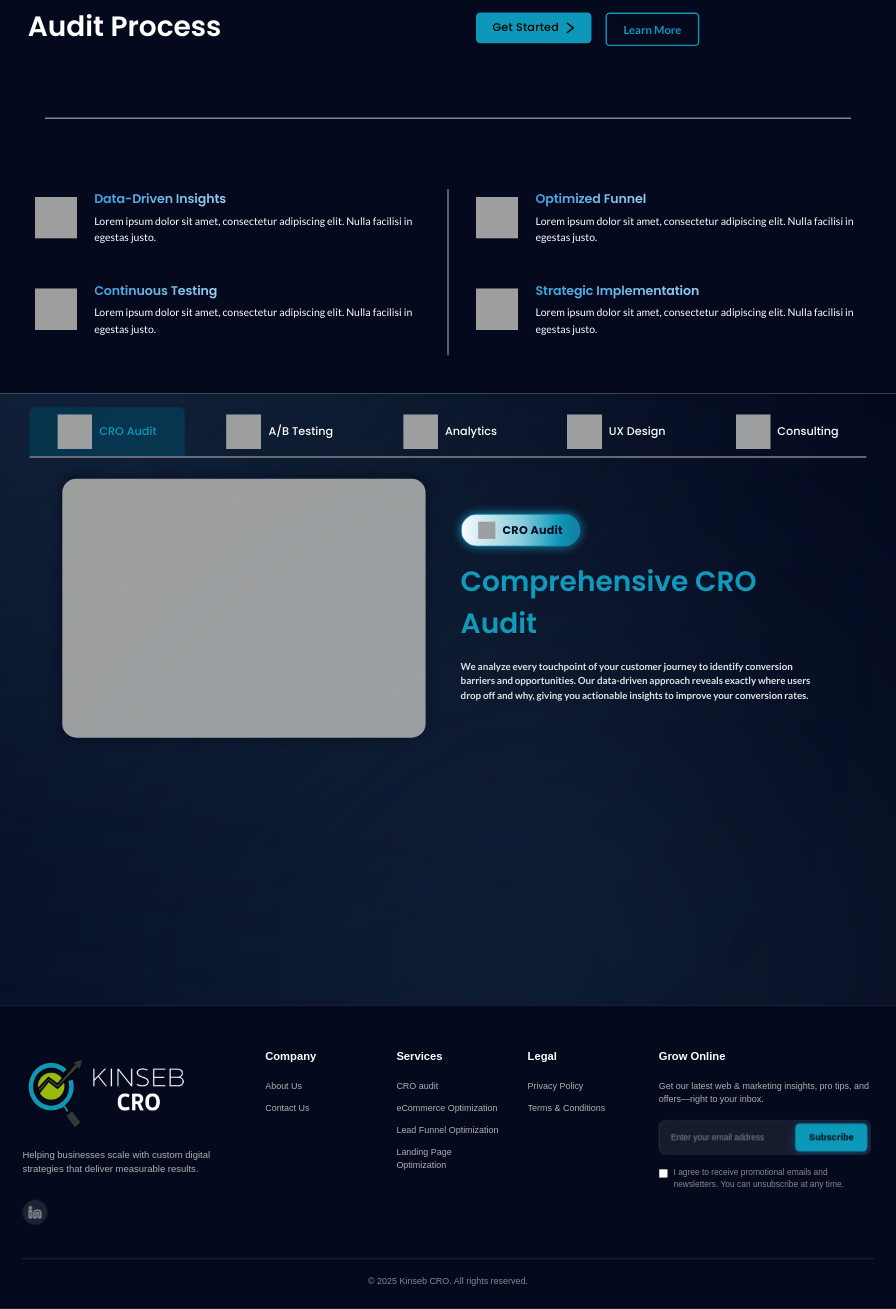
Repository: YahyaK01/kinseb
Page: /services
These files come from the project's save history. The page is drawn as it stood at one moment and after the next save; the edit follows.
The browser window is 1280 px wide. The pictures show the part of the page from y = 1837 to 3757 px (the page is 3707 px tall before and 3757 px after), at 70% of full size.
Pictures or frames that could not be fetched are drawn as grey boxes. The project was rebuilt for these pictures with package versions that can differ from the ones it lists, and the page was loaded fresh each time. Also part of the build but not shown: src/components/FAQ.js, src/components/CTA.jsx, src/components/MetricsSection.jsx, src/components/WhyCROMatter.jsx, src/components/Processsection.jsx, src/components/Hero.jsx, src/components/CEO.jsx, src/components/Testimonia.jsx and 14 more.

Above is the page before, as saved 2025-12-05 18:19:37.

### public/index.html
<!DOCTYPE html>
<html lang="en">
  <head>
    <meta charset="utf-8" />
    <link rel="icon" href="/images/website-logo.png" />
    <meta name="viewport" content="width=device-width, initial-scale=1" />
    <meta name="theme-color" content="#000000" />
    <meta
      name="description"
      content="Kinseb CRO - Your trusted partner for Conversion Rate Optimization. We specialize in data-driven CRO strategies, A/B testing, user experience optimization, and conversion funnel analysis to maximize your website's performance and ROI."
    />
    <meta name="keywords" content="conversion rate optimization, CRO services, A/B testing, conversion funnel optimization, user experience optimization, website optimization, Kinseb CRO, landing page optimization, conversion strategy, increase conversions" />
    <meta name="author" content="Kinseb CRO" />
    <meta property="og:title" content="Kinseb CRO - Conversion Rate Optimization Experts" />
    <meta property="og:description" content="Your trusted partner for data-driven Conversion Rate Optimization. We help businesses maximize their website conversions through strategic testing and optimization." />
    <meta property="og:image" content="/images/website-logo.png" />
    <meta property="og:type" content="website" />
    <meta name="twitter:card" content="summary_large_image" />
    <meta name="twitter:title" content="Kinseb CRO - Conversion Rate Optimization Experts" />
    <meta name="twitter:description" content="Your trusted partner for data-driven Conversion Rate Optimization. Turn more visitors into customers with strategic testing and optimization." />
    <meta name="twitter:image" content="/images/logo.png" />
    <link rel="apple-touch-icon" href="/images/logo.png" />

    <!-- Preconnect to Google Fonts (speeds up font loading) -->
    <link rel="preconnect" href="https://fonts.googleapis.com">
    <link rel="preconnect" href="https://fonts.gstatic.com" crossorigin>

    <!-- Async load fonts (non-blocking - won't delay page render) -->
    <link rel="preload" as="style" href="https://fonts.googleapis.com/css2?family=Poppins:wght@300;400;500;600;700&display=swap" onload="this.onload=null;this.rel='stylesheet'">
    <link rel="preload" as="style" href="https://fonts.googleapis.com/css2?family=Lato:wght@100;300;400;700;900&display=swap" onload="this.onload=null;this.rel='stylesheet'">

    <!-- Fallback for browsers without JavaScript -->
    <noscript>
      <link rel="stylesheet" href="https://fonts.googleapis.com/css2?family=Poppins:wght@300;400;500;600;700&display=swap">
      <link rel="stylesheet" href="https://fonts.googleapis.com/css2?family=Lato:wght@100;300;400;700;900&display=swap">
    </noscript>

    <!--
      manifest.json provides metadata used when your web app is installed on a
      user's mobile device or desktop. See https://developers.google.com/web/fundamentals/web-app-manifest/
    -->
    <link rel="manifest" href="%PUBLIC_URL%/manifest.json" />
    <!--
      Notice the use of %PUBLIC_URL% in the tags above.
      It will be replaced with the URL of the `public` folder during the build.
      Only files inside the `public` folder can be referenced from the HTML.

      Unlike "/favicon.ico" or "favicon.ico", "%PUBLIC_URL%/favicon.ico" will
      work correctly both with client-side routing and a non-root public URL.
      Learn how to configure a non-root public URL by running `npm run build`.
    -->
    <title>Kinseb CRO - Conversion Rate Optimization Experts</title>
  </head>
  <body>
    <noscript>You need to enable JavaScript to run this app.</noscript>
    <div id="root"></div>
    <!--
      This HTML file is a template.
      If you open it directly in the browser, you will see an empty page.

      You can add webfonts, meta tags, or analytics to this file.
      The build step will place the bundled scripts into the <body> tag.

      To begin the development, run `npm start` or `yarn start`.
      To create a production bundle, use `npm run build` or `yarn build`.
    -->
  </body>
</html>

### src/components/marquee.jsx
import React, { useEffect, useState } from 'react';

const TrustedBrands = () => {
  const [windowWidth, setWindowWidth] = useState(window.innerWidth);
  const [isPaused, setIsPaused] = useState(false);

  useEffect(() => {
    const handleResize = () => setWindowWidth(window.innerWidth);
    window.addEventListener('resize', handleResize);
    return () => window.removeEventListener('resize', handleResize);
  }, []);

  const brands = [
    { name: 'Brand 1', logo: '/images/8.png' },
    { name: 'Brand 2', logo: '/images/9.png' },
    { name: 'Brand 3', logo: '/images/10.png' },
    { name: 'Brand 4', logo: '/images/11.png' },
    { name: 'Brand 5', logo: '/images/12.png' },
  ];

  // Duplicate brands for seamless loop
  const duplicatedBrands = [...brands, ...brands, ...brands];

  const containerStyle = {
    display: 'flex',
    flexDirection: 'column',
    justifyContent: 'center',
    alignItems: 'center',
    padding: windowWidth < 768 ? '40px 0' : '50px 0',
    width: '100%',
    minHeight: windowWidth < 768 ? 'auto' : '228px',
    background: '#04091D',
    overflow: 'hidden',
    boxSizing: 'border-box',
  };

  const innerContainerStyle = {
    display: 'flex',
    flexDirection: 'column',
    alignItems: 'center',
    gap: windowWidth < 768 ? '24px' : '32px',
    width: '100%',
    maxWidth: '100%',
    overflow: 'hidden',
  };

  const titleStyle = {
    fontFamily: "'Lato', -apple-system, BlinkMacSystemFont, 'Segoe UI', sans-serif",
    fontWeight: 600,
    fontSize: windowWidth < 480 ? '16px' : '18px',
    lineHeight: '24px',
    textAlign: 'center',
    color: '#FDFFFA',
    margin: 0,
    padding: '0 16px',
  };

  const marqueeContainerStyle = {
    width: '100%',
    overflow: 'hidden',
    position: 'relative',
    maskImage: 'linear-gradient(to right, transparent, black 10%, black 90%, transparent)',
    WebkitMaskImage: 'linear-gradient(to right, transparent, black 10%, black 90%, transparent)',
  };

  const marqueeStyle = {
    display: 'flex',
    flexDirection: 'row',
    alignItems: 'center',
    gap: windowWidth < 480 ? '20px' : '40px',
    animation: isPaused ? 'none' : 'marquee 30s linear infinite',
    width: 'max-content',
    willChange: 'transform',
  };

  const cardStyle = {
    display: 'flex',
    flexDirection: 'row',
    justifyContent: 'center',
    alignItems: 'center',
    padding: windowWidth < 480 ? '12px 20px' : '16px 30px',
    minWidth: windowWidth < 480 ? '140px' : '180px',
    height: windowWidth < 480 ? '60px' : '72px',
    background: 'transparent',
    flexShrink: 0,
    cursor: 'pointer',
    transition: 'transform 0.3s ease',
  };

  const logoStyle = {
    width: windowWidth < 480 ? '80px' : windowWidth < 768 ? '100px' : '120px',
    height: 'auto',
    maxHeight: windowWidth < 480 ? '50px' : '60px',
    objectFit: 'contain',
    transition: 'transform 0.3s ease',
  };

  const keyframesStyle = `
    @keyframes marquee {
      0% {
        transform: translateX(0);
      }
      100% {
        transform: translateX(-33.333%);
      }
    }
  `;

  return (
    <>
      <style>{keyframesStyle}</style>
      <div style={containerStyle}>
        <div style={innerContainerStyle}>
          <h2 style={titleStyle}>Trusted by Leading Brands</h2>

          <div style={marqueeContainerStyle}>
            <div style={marqueeStyle}>
              {duplicatedBrands.map((brand, index) => (
                <div
                  key={index}
                  style={cardStyle}
                  onMouseEnter={() => setIsPaused(true)}
                  onMouseLeave={() => setIsPaused(false)}
                >
                  <img
                    src={brand.logo}
                    alt={brand.name}
                    style={logoStyle}
                  />
                </div>
              ))}
            </div>
          </div>
        </div>
      </div>
    </>
  );
};

export default TrustedBrands;

### src/components/ServiceTabSection.jsx
import React, { useEffect, useRef, useState } from 'react';

const ServiceTabSection = () => {
  const [isVisible, setIsVisible] = useState(false);
  const [activeTab, setActiveTab] = useState(0);
  const sectionRef = useRef(null);
  const contentAreaRef = useRef(null);

  useEffect(() => {
    const observer = new IntersectionObserver(
      ([entry]) => {
        if (entry.isIntersecting && !isVisible) {
          setIsVisible(true);

          setTimeout(() => {
            if (contentAreaRef.current) {
              contentAreaRef.current.scrollIntoView({
                behavior: 'smooth',
                block: 'start',
                inline: 'nearest'
              });
            }
          }, 100);
        }
      },
      {
        threshold: 0.1,
        rootMargin: '0px'
      }
    );

    if (sectionRef.current) {
      observer.observe(sectionRef.current);
    }

    return () => {
      if (sectionRef.current) {
        observer.unobserve(sectionRef.current);
      }
    };
  }, [isVisible]);

  // Wrapper Style
  const wrapperStyle = {
    width: '100%',
    background: '#04091D',
    position: 'relative',
    overflow: 'hidden',
  };

  // Main Container Style
  const containerStyle = {
    display: 'flex',
    flexDirection: 'column',
    justifyContent: 'center',
    alignItems: 'center',
    padding: '100px 0px',
    gap: '60px', // Reduced from 100px to 60px
    maxWidth: '1440px',
    margin: '0 auto',
    width: '100%',
    position: 'relative',
    isolation: 'isolate',
  };

  // Decorative Blur Ellipses - Updated positions
  const ellipse1Style = {
    position: 'absolute',
    width: '486px',
    height: '486px',
    left: '-213px',
    top: '-187px',
    background: 'linear-gradient(263.69deg, #FFFFFF -108.11%, #3AA1DE 98.19%)',
    filter: 'blur(400px)',
    pointerEvents: 'none',
    zIndex: 0,
  };

  const ellipse2Style = {
    position: 'absolute',
    width: '280px',
    height: '280px',
    left: '-151px',
    top: '1739px',
    background: 'linear-gradient(263.69deg, #FFFFFF -108.11%, #3AA1DE 98.19%)',
    filter: 'blur(350px)',
    pointerEvents: 'none',
    zIndex: 1,
  };

  const ellipse3Style = {
    position: 'absolute',
    width: '350px',
    height: '350px',
    left: '562px',
    top: '913px',
    background: 'linear-gradient(263.69deg, #FFFFFF -108.11%, #3AA1DE 98.19%)',
    filter: 'blur(350px)',
    pointerEvents: 'none',
    zIndex: 2,
  };

  const ellipse4Style = {
    position: 'absolute',
    width: '350px',
    height: '350px',
    left: '941px',
    top: '2277px',
    background: 'linear-gradient(263.69deg, #FFFFFF -108.11%, #3AA1DE 98.19%)',
    filter: 'blur(350px)',
    pointerEvents: 'none',
    zIndex: 3,
  };

  const ellipse5Style = {
    position: 'absolute',
    width: '267px',
    height: '267px',
    left: '139px',
    top: '2319px',
    background: 'linear-gradient(263.69deg, #FFFFFF -108.11%, #3AA1DE 98.19%)',
    filter: 'blur(275px)',
    pointerEvents: 'none',
    zIndex: 4,
  };

  // Header Section Styles
  const headerContainerStyle = {
    display: 'flex',
    flexDirection: 'column',
    alignItems: 'center',
    padding: '0px',
    gap: '30px',
    width: '100%',
    maxWidth: '1440px',
    zIndex: 5,
    opacity: isVisible ? 1 : 0,
    transform: isVisible ? 'translateY(0)' : 'translateY(30px)',
    transition: 'all 0.6s cubic-bezier(0.4, 0, 0.2, 1) 0.2s',
  };

  const headerInnerStyle = {
    display: 'flex',
    flexDirection: 'column',
    justifyContent: 'center',
    alignItems: 'center',
    padding: '0px',
    isolation: 'isolate',
    width: '1236px',
    maxWidth: '100%',
  };

  const headingStyle = {
    fontFamily: "'Poppins', sans-serif",
    fontWeight: 600,
    fontSize: '40px',
    lineHeight: '64px',
    textAlign: 'center',
    letterSpacing: '-0.03em',
    textTransform: 'capitalize',
    color: '#FFFFFF',
    margin: 0,
    width: '100%',
  };

  const paragraphStyle = {
    fontFamily: "'Lato', sans-serif",
    fontWeight: 400,
    fontSize: '14px',
    lineHeight: '28px',
    textAlign: 'center',
    letterSpacing: '-0.09px',
    color: '#FFFFFF',
    margin: 0,
    maxWidth: '692px',
  };

  // Content Area Wrapper Style
  const contentAreaWrapperStyle = {
    display: 'flex',
    flexDirection: 'column',
    gap: '30px', // Reduced from 40px to 30px
    width: '100%',
    zIndex: 5,
  };

  // Tabs Section Styles
  const tabsContainerStyle = {
    display: 'flex',
    flexDirection: 'column',
    justifyContent: 'center',
    alignItems: 'center',
    padding: '20px 40px 0px',
    width: '100%',
    maxWidth: '1440px',
    margin: '0 auto',
    opacity: isVisible ? 1 : 0,
    transition: 'all 0.6s cubic-bezier(0.4, 0, 0.2, 1) 0.3s',
  };

  const tabsRowStyle = {
    display: 'flex',
    flexDirection: 'row',
    justifyContent: 'space-between',
    alignItems: 'flex-start',
    padding: '0px',
    gap: '20px',
    width: '100%',
    maxWidth: '1196px',
    flexWrap: 'wrap',
  };

  const tabStyle = (isActive) => ({
    display: 'flex',
    flexDirection: 'row',
    justifyContent: 'center',
    alignItems: 'center',
    padding: '10px 30px',
    gap: '10px',
    minWidth: '200px',
    flex: '1 1 auto',
    height: '70px',
    borderRadius: '8px 8px 0px 0px',
    background: isActive ? '#07334C' : 'transparent',
    cursor: 'pointer',
    transition: 'all 0.3s ease',
    border: 'none',
  });

  const tabIconStyle = {
    width: '50px',
    height: '50px',
    flexShrink: 0,
  };

  const tabTextStyle = (isActive) => ({
    fontFamily: "'Poppins', sans-serif",
    fontWeight: 500,
    fontSize: '16px',
    lineHeight: '24px',
    color: isActive ? '#0D98BA' : '#FFFFFF',
    margin: 0,
    transition: 'all 0.3s ease',
  });

  const tabSeparatorStyle = {
    width: '100%',
    maxWidth: '1196px',
    height: '2px',
    background: '#848586',
    borderRadius: '10px',
    marginTop: '0px',
  };

  // Service Content Style
  const serviceContentStyle = {
    display: 'flex',
    flexDirection: 'column',
    justifyContent: 'center',
    alignItems: 'center',
    padding: '0px 89px',
    gap: '10px',
    width: '100%',
    maxWidth: '1440px',
    margin: '0 auto',
    zIndex: 6,
    opacity: isVisible ? 1 : 0,
    transform: isVisible ? 'translateY(0)' : 'translateY(30px)',
    transition: 'all 0.6s cubic-bezier(0.4, 0, 0.2, 1) 0.4s',
  };

  const serviceRowStyle = {
    display: 'flex',
    flexDirection: 'row',
    alignItems: 'center',
    padding: '0px 14px 0px 0px',
    gap: '50px',
    width: '100%',
    maxWidth: '1196px',
    flexWrap: 'wrap',
  };

  const serviceImageStyle = {
    width: '566px',
    height: '370px',
    maxWidth: '100%',
    backgroundSize: 'cover',
    backgroundPosition: 'center',
    boxShadow: '0px 0px 15px #04091D',
    borderRadius: '20px',
    flex: '1 1 400px',
  };

  const serviceTextContainerStyle = {
    display: 'flex',
    flexDirection: 'column',
    justifyContent: 'center',
    alignItems: 'flex-start',
    padding: '0px',
    gap: '20px',
    flex: '1 1 400px',
    minWidth: '300px',
    maxWidth: '566px',
  };

  const serviceBadgeStyle = {
    display: 'flex',
    flexDirection: 'row',
    justifyContent: 'center',
    alignItems: 'center',
    padding: '10px 24px',
    gap: '10px',
    background: 'linear-gradient(90deg, #FFFFFF 0%, #85CCDD 52.41%, #0D98BA 81.55%, #0B829F 95.26%)',
    border: '1px solid #0D94BB',
    boxShadow: '0px 0px 12px 2px rgba(13, 148, 187, 0.7)',
    borderRadius: '25px',
    cursor: 'default',
  };

  const badgeIconStyle = {
    width: '25px',
    height: '25px',
  };

  const badgeTextStyle = {
    fontFamily: "'Poppins', sans-serif",
    fontWeight: 700,
    fontSize: '16px',
    lineHeight: '24px',
    letterSpacing: '0.02em',
    color: '#04091D',
    margin: 0,
  };

  const serviceHeadingStyle = {
    fontFamily: "'Poppins', sans-serif",
    fontWeight: 600,
    fontSize: '40px',
    lineHeight: '60px',
    textTransform: 'capitalize',
    color: '#0D98BA',
    margin: 0,
  };

  const serviceDescriptionStyle = {
    fontFamily: "'Lato', sans-serif",
    fontWeight: 600,
    fontSize: '14px',
    lineHeight: '150%',
    letterSpacing: '-0.006em',
    color: '#E6E6E6',
    margin: 0,
  };

  // Tab Data
  const tabs = [
    { icon: '/path-to-icon-1.png', text: 'CRO Audit' },
    { icon: '/path-to-icon-2.png', text: 'A/B Testing' },
    { icon: '/path-to-icon-3.png', text: 'Analytics' },
    { icon: '/path-to-icon-4.png', text: 'UX Design' },
    { icon: '/path-to-icon-5.png', text: 'Consulting' },
  ];

  // Service Content Data
  const services = [
    {
      badge: 'CRO Audit',
      heading: 'Comprehensive CRO Audit',
      description: 'We analyze every touchpoint of your customer journey to identify conversion barriers and opportunities. Our data-driven approach reveals exactly where users drop off and why, giving you actionable insights to improve your conversion rates.',
      image: '/path-to-service-image.jpg',
    },
    {
      badge: 'A/B Testing',
      heading: 'Strategic A/B Testing',
      description: 'Test and validate changes before full implementation. Our systematic testing approach ensures every decision is backed by data, minimizing risk and maximizing ROI on your optimization efforts.',
      image: '/path-to-service-image-2.jpg',
    },
    {
      badge: 'Analytics',
      heading: 'Advanced Analytics',
      description: 'Deep dive into your data to uncover hidden patterns and opportunities. Our analytics expertise helps you understand user behavior and make informed decisions that drive growth.',
      image: '/path-to-service-image-3.jpg',
    },
    {
      badge: 'UX Design',
      heading: 'User Experience Design',
      description: 'Create intuitive, conversion-focused designs that guide users seamlessly through your funnel. Our UX experts craft experiences that delight users while driving business results.',
      image: '/path-to-service-image-4.jpg',
    },
    {
      badge: 'Consulting',
      heading: 'CRO Consulting',
      description: 'Get expert guidance on your conversion optimization strategy. Our consultants work with your team to build sustainable optimization processes and drive long-term growth.',
      image: '/path-to-service-image-5.jpg',
    },
  ];

  return (
    <div ref={sectionRef} style={wrapperStyle}>
      {/* Decorative Blur Ellipses */}
      <div style={ellipse1Style}></div>
      <div style={ellipse2Style}></div>
      <div style={ellipse3Style}></div>
      <div style={ellipse4Style}></div>
      <div style={ellipse5Style}></div>

      <div style={containerStyle}>
        {/* Header Section */}
        <div style={headerContainerStyle}>
          <div style={headerInnerStyle}>
            <h2 style={headingStyle}>How We Improve Your Conversions</h2>
          </div>
          <p style={paragraphStyle}>
            Comprehensive conversion rate optimization services to help you grow your business
          </p>
        </div>

        {/* Content Area Wrapper */}
        <div ref={contentAreaRef} style={contentAreaWrapperStyle}>
          {/* Tabs Section */}
          <div style={tabsContainerStyle}>
            <div style={tabsRowStyle}>
              {tabs.map((tab, index) => (
                <button
                  key={index}
                  style={tabStyle(activeTab === index)}
                  onClick={() => setActiveTab(index)}
                  onMouseEnter={(e) => {
                    if (activeTab !== index) {
                      e.currentTarget.style.background = 'rgba(7, 51, 76, 0.5)';
                    }
                  }}
                  onMouseLeave={(e) => {
                    if (activeTab !== index) {
                      e.currentTarget.style.background = 'transparent';
                    }
                  }}
                >
                  <img src={tab.icon} alt={tab.text} style={tabIconStyle} />
                  <span style={tabTextStyle(activeTab === index)}>{tab.text}</span>
                </button>
              ))}
            </div>
            <div style={tabSeparatorStyle}></div>
          </div>

          {/* Service Content */}
          <div style={serviceContentStyle}>
            <div style={serviceRowStyle}>
              <div
                style={{
                  ...serviceImageStyle,
                  backgroundImage: `url(${services[activeTab]?.image || services[0].image})`,
                }}
              ></div>
              <div style={serviceTextContainerStyle}>
                <div style={serviceBadgeStyle}>
                  <img src="/path-to-badge-icon.png" alt="badge" style={badgeIconStyle} />
                  <span style={badgeTextStyle}>
                    {services[activeTab]?.badge || services[0].badge}
                  </span>
                </div>
                <h3 style={serviceHeadingStyle}>
                  {services[activeTab]?.heading || services[0].heading}
                </h3>
                <p style={serviceDescriptionStyle}>
                  {services[activeTab]?.description || services[0].description}
                </p>
              </div>
            </div>
          </div>
        </div>
      </div>
    </div>
  );
};

export default ServiceTabSection;

Loaded but not shown: src/index.js (common file); src/index.css (common file); src/reportWebVitals.js (common file); src/components/Footer.js (596 lines, source omitted); src/App.js (30 lines, source omitted); src/Pages/ServicePage.js (20 lines, source omitted); src/components/Navbar.jsx (1589 lines, source omitted); src/components/WhyCROMattersSection.jsx (391 lines, source omitted); src/components/PainPointsSection.jsx (302 lines, source omitted); src/components/casestudieshero.jsx (294 lines, source omitted)

After the next save:
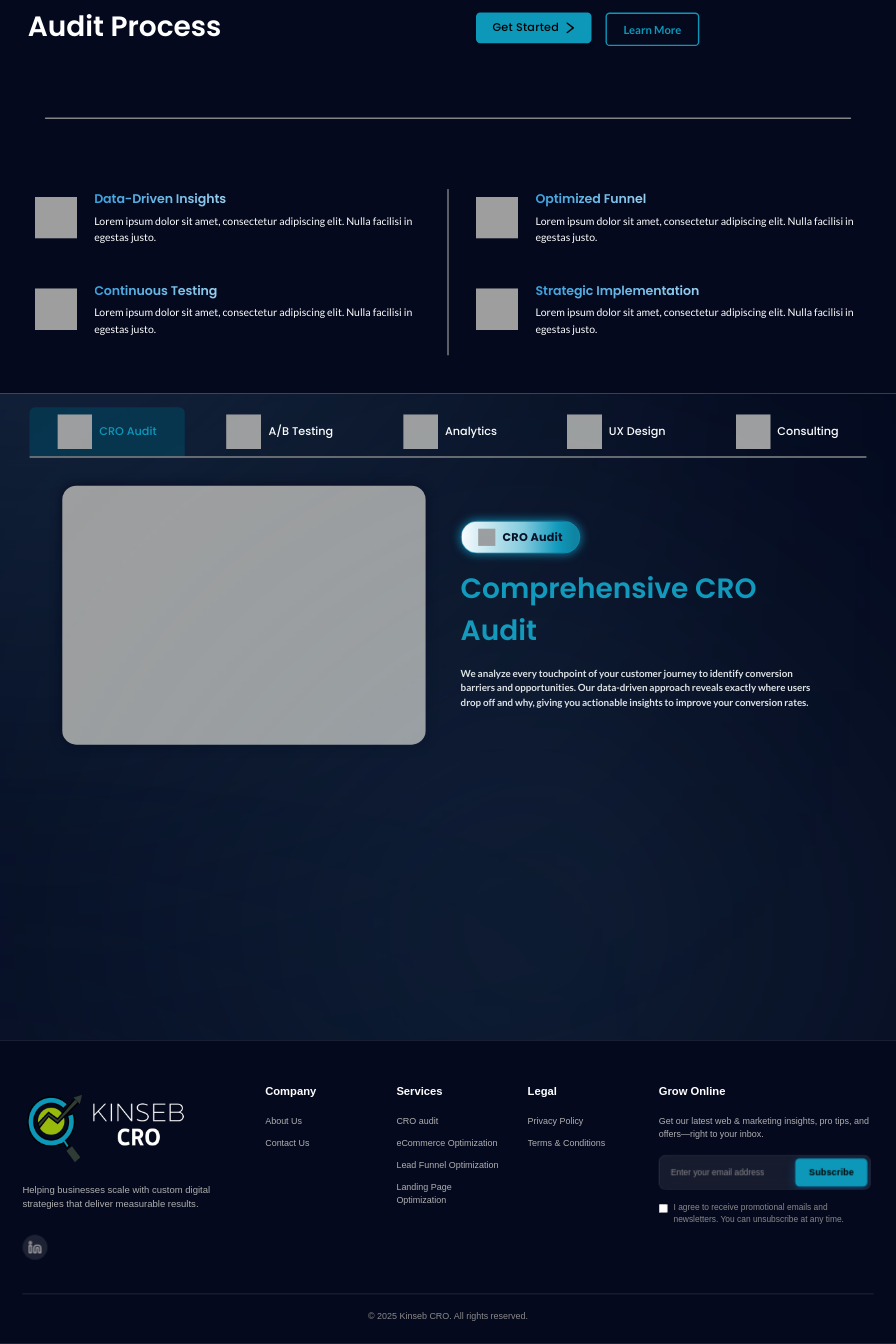
Saved 16 s later.
--- a/src/components/ServiceTabSection.jsx
+++ b/src/components/ServiceTabSection.jsx
@@ -55,7 +55,7 @@
     justifyContent: 'center',
     alignItems: 'center',
     padding: '100px 0px',
-    gap: '60px', // Reduced from 100px to 60px
+    gap: '100px',
     maxWidth: '1440px',
     margin: '0 auto',
     width: '100%',
@@ -179,7 +179,7 @@
   const contentAreaWrapperStyle = {
     display: 'flex',
     flexDirection: 'column',
-    gap: '30px', // Reduced from 40px to 30px
+    gap: '40px',
     width: '100%',
     zIndex: 5,
   };
@@ -408,7 +408,7 @@
         {/* Header Section */}
         <div style={headerContainerStyle}>
           <div style={headerInnerStyle}>
-            <h2 style={headingStyle}>How We Improve Your Conversions</h2>
+            <h2 style={headingStyle}>Our Services</h2>
           </div>
           <p style={paragraphStyle}>
             Comprehensive conversion rate optimization services to help you grow your business
